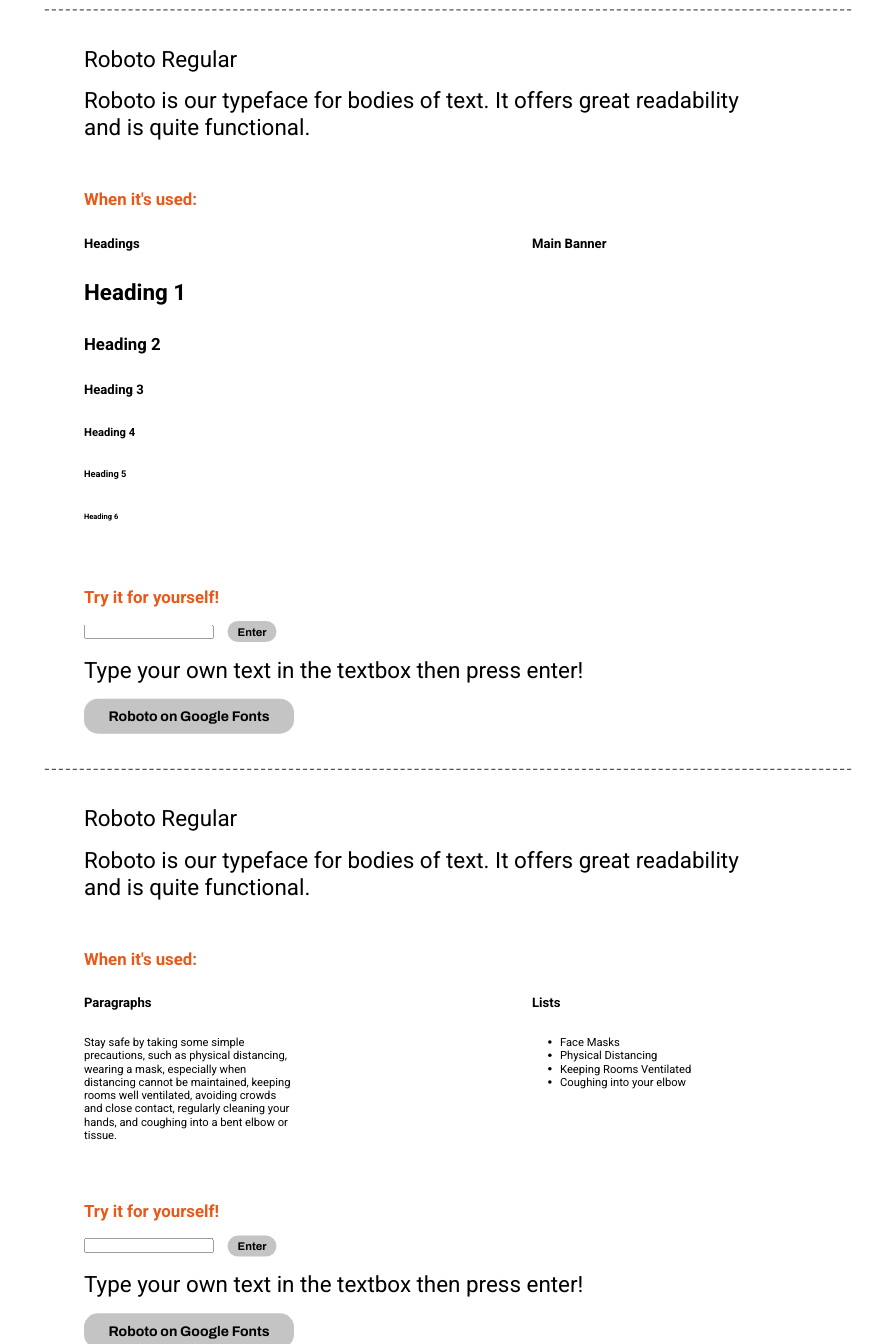
Repository: Levic559/bird-styleguide
Page: typography/index.html
An editor plug-in stored every save of this project. The page is shown before and after the next save, followed by the edit.
The browser window is 1280 px wide. The pictures show the part of the page from y = 863 to 2783 px (the page is 2789 px tall), at 70% of full size.

Above is the page before, as saved 2021-03-22 06:10:57.

### typography/index.html
<!DOCTYPE html>
<html>
    <head>
        <title>
            Typography
        </title>
        <link rel="preconnect" href="https://fonts.gstatic.com">
        <link href="https://fonts.googleapis.com/css2?family=Archivo:wght@700&family=Roboto:wght@400;700&display=swap" rel="stylesheet">
        <link href="style.css" rel="stylesheet">
    </head>
    <body>
        <div class="main">
            <!--Roboto-->
            <div class="fontcontainer">
                <h1 class="Roboto top">Roboto Regular</h1>
                <h1 class="Roboto">Roboto is our typeface for bodies of text. It offers great readability and is quite functional.</h1>
                <h2 class="Orange">When it's used:</h3>
                <div class="examplescontainer">
                    <div class="column">
                        <h3>Paragraphs</h3>
                        <p>
                            Stay safe by taking some simple precautions, such as physical distancing, wearing a mask, especially when distancing cannot be maintained, keeping rooms well ventilated, avoiding crowds and close contact, regularly cleaning your hands, and coughing into a bent elbow or tissue.
                        </p>
                    </div>
                    <div class="column">
                        <h3>Lists</h3>
                        <ul>
                            <li>Face Masks</li>
                            <li>Physical Distancing</li>
                            <li>Keeping Rooms Ventilated</li>
                            <li>Coughing into your elbow</li>
                        </ul>
                    </div>
                </div>

                <h2 class="Orange">Try it for yourself!</h2>

                <div class="inputcontainer">
                    <input type="text" id="input1"></input>
                    <div class="enter" onclick="textOne()">Enter</div>
                </div>
                <h1 class="Roboto" id="output1">Type your own text in the textbox then press enter!</h1>
                <div class="linkbutton">Roboto on Google Fonts</div>
            </div>

            <div class="divider"></div>

            <!--Roboto Bold-->
            <div class="fontcontainer">
                <h1 class="Roboto top">Roboto Regular</h1>
                <h1 class="Roboto">Roboto is our typeface for bodies of text. It offers great readability and is quite functional.</h1>
                <h2 class="Orange">When it's used:</h3>
                <div class="examplescontainer">
                    <div class="column">
                        <h3>Headings</h3>
                        <h1 class="RB">Heading 1</h1>
                        <h2 class="RB">Heading 2</h2>
                        <h3 class="RB">Heading 3</h3>
                        <h4 class="RB">Heading 4</h4>
                        <h5 class="RB">Heading 5</h5>
                        <h6 class="RB">Heading 6</h6>
                    </div>
                    <div class="column">
                        <h3>Main Banner</h3>

                    </div>
                </div>

                <h2 class="Orange">Try it for yourself!</h2>

                <div class="inputcontainer">
                    <input type="text" id="input2"></input>
                    <div class="enter" onclick="textTwo()">Enter</div>
                </div>
                <h1 class="Roboto" id="output2">Type your own text in the textbox then press enter!</h1>
                <div class="linkbutton">Roboto on Google Fonts</div>
            </div>

            <div class="divider"></div>

            <!--Archivo-->
            <div class="fontcontainer">
                <h1 class="Roboto top">Roboto Regular</h1>
                <h1 class="Roboto">Roboto is our typeface for bodies of text. It offers great readability and is quite functional.</h1>
                <h2 class="Orange">When it's used:</h3>
                <div class="examplescontainer">
                    <div class="column">
                        <h3>Paragraphs</h3>
                        <p>
                            Stay safe by taking some simple precautions, such as physical distancing, wearing a mask, especially when distancing cannot be maintained, keeping rooms well ventilated, avoiding crowds and close contact, regularly cleaning your hands, and coughing into a bent elbow or tissue.
                        </p>
                    </div>
                    <div class="column">
                        <h3>Lists</h3>
                        <ul>
                            <li>Face Masks</li>
                            <li>Physical Distancing</li>
                            <li>Keeping Rooms Ventilated</li>
                            <li>Coughing into your elbow</li>
                        </ul>
                    </div>
                </div>

                <h2 class="Orange">Try it for yourself!</h2>

                <div class="inputcontainer">
                    <input type="text" id="input3"></input>
                    <div class="enter" onclick="textThree()">Enter</div>
                </div>
                <h1 class="Roboto" id="output3">Type your own text in the textbox then press enter!</h1>
                <div class="linkbutton">Roboto on Google Fonts</div>
            </div>

        </div>
    </body>
    <script src="index.js"></script>
</html>

### typography/style.css
body {
    margin: 0px;
    padding: 0px;
    box-sizing: border-box;
}

.main {
    width: 100vw;
    height: 280vh;
    display: flex;
    flex-direction: column;
    justify-content: flex-start;
    font-family: Roboto;
}

.fontcontainer {
    margin-left: 120px;
    width: 940px;
}

.Roboto {
    font-family: Roboto;
    font-weight: normal;
}

.RB {
    font-family: Roboto;
}

.top {
    margin-top: 50px;
}

.Orange {
    color: #E95719;
    font-family: Roboto;
    margin-top: 70px;
}

.examplescontainer {
    display: flex;
    justify-content: space-between;
}

.column {
    width: 300px;
    display: flex;
    flex-direction: column;
}

.inputcontainer {
    display: flex;
    flex-direction: row;
    align-items: center;
}

.enter {
    width: 70px;
    height: 30px;
    background-color: #C4C4C4;
    color: black;
    font-family: Archivo;
    font-weight: bold;
    display: flex;
    justify-content: center;
    align-items: center;
    border-radius: 20px;
    margin-left: 20px;
}

.enter:hover, .linkbutton:hover{
    border: #545454 1px solid;
}

.linkbutton {
    width: 300px;
    height: 50px;
    background-color: #C4C4C4;
    color: black;
    font-family: Archivo;
    font-weight: bold;
    display: flex;
    justify-content: center;
    align-items: center;
    border-radius: 20px;
    font-size: 20px;
}

.divider {
    align-self: center;
    border:none;
    border-top: 2px dashed #545454;
    width: 90%;
    margin-top: 50px;
}

### typography/index.js
function textOne (){
    var text = document.getElementById("input1").value
    document.getElementById("output1").innerHTML = text
}

function textTwo (){
    var text = document.getElementById("input2").value
    document.getElementById("output2").innerHTML = text
}

function textThree (){
    var text = document.getElementById("input3").value
    document.getElementById("output3").innerHTML = text
}

After the next save:
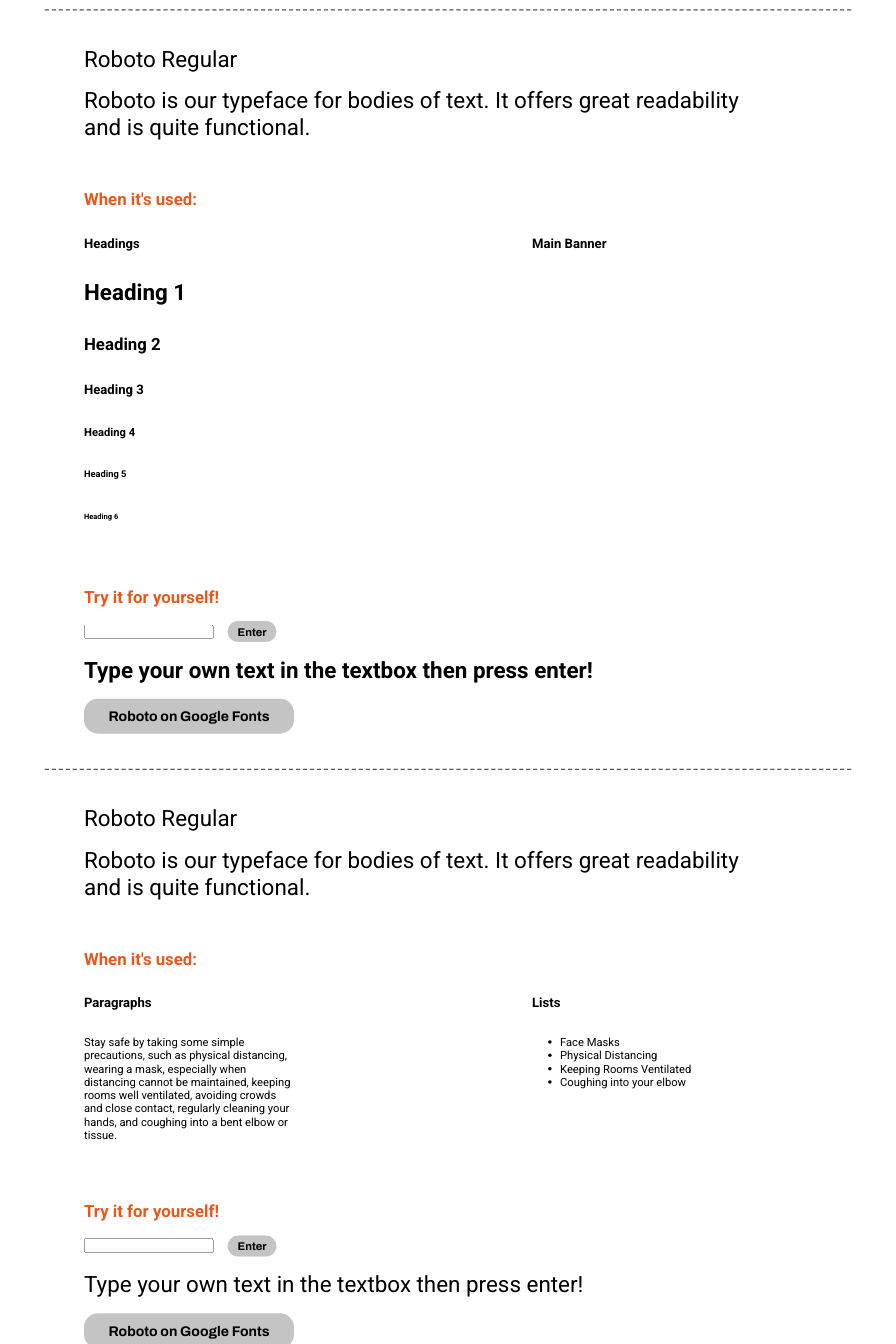
Saved 47 s later.
--- a/typography/index.html
+++ b/typography/index.html
@@ -62,7 +62,7 @@
                     </div>
                     <div class="column">
                         <h3>Main Banner</h3>
-
+                        <div class="banner"></div>
                     </div>
                 </div>
 
@@ -72,7 +72,7 @@
                     <input type="text" id="input2"></input>
                     <div class="enter" onclick="textTwo()">Enter</div>
                 </div>
-                <h1 class="Roboto" id="output2">Type your own text in the textbox then press enter!</h1>
+                <h1 class="RB" id="output2">Type your own text in the textbox then press enter!</h1>
                 <div class="linkbutton">Roboto on Google Fonts</div>
             </div>
 
